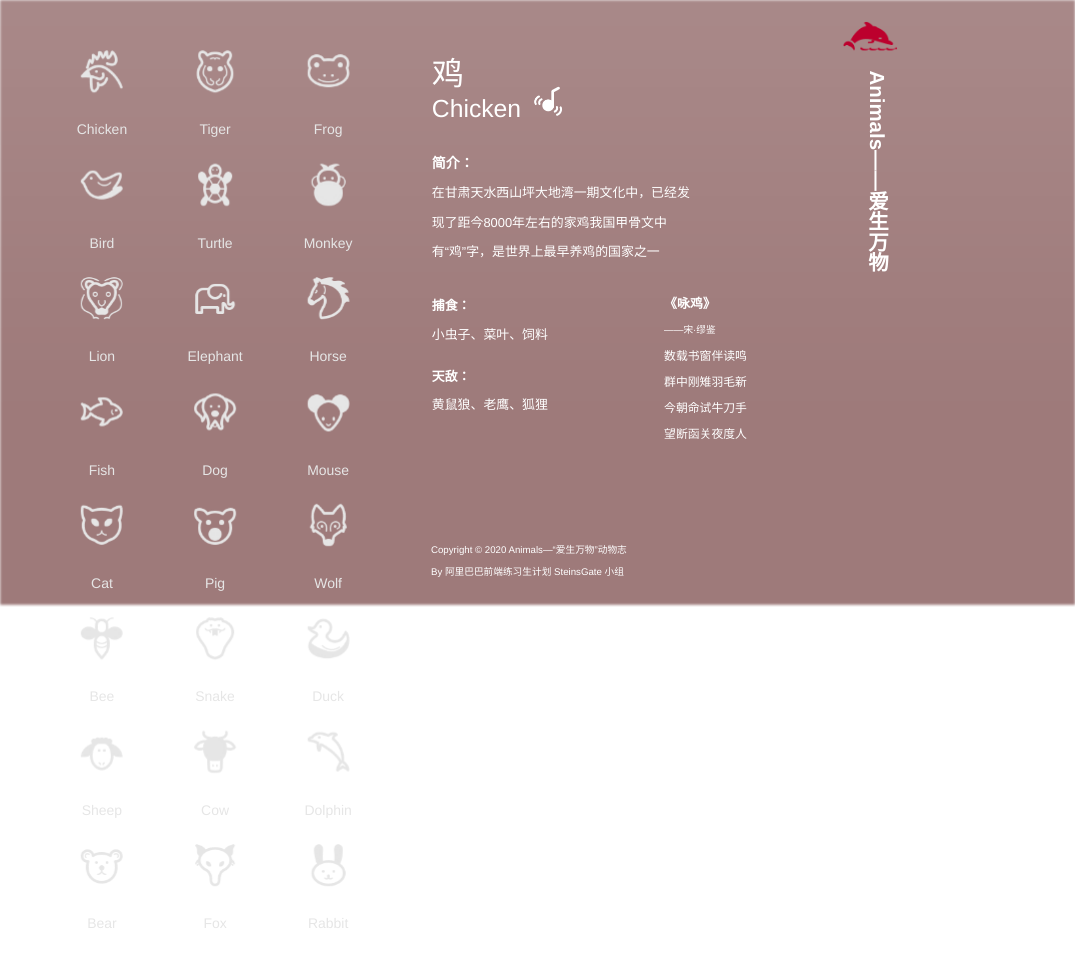
Repository: Whiskeyi/Animals
Page: /
The author's editor kept a copy of each file at every save. The page is drawn from the files as they stood at one save, then again after the next save.
The browser window is 1280 px wide. The pictures show the whole page, at 84% of full size.
The project was rebuilt for these pictures with package versions that can differ from the ones it lists, and the page was loaded fresh each time.

Above is the page before, as saved 2021-11-18 22:48:32.

### public/index.html
<!DOCTYPE html>
<html lang="en">
  <head>
    <meta charset="utf-8">
    <meta http-equiv="X-UA-Compatible" content="IE=edge">
    <meta name="viewport" content="width=device-width,initial-scale=1.0">
    <link rel="icon" href="<%= BASE_URL %>favicon.ico">
    <title>Animals——爱生万物</title>
  </head>
  <body>
    <noscript>
      <strong>We're sorry but animals doesn't work properly without JavaScript enabled. Please enable it to continue.</strong>
    </noscript>
    <div id="app"></div>
    <!-- built files will be auto injected -->
  </body>
</html>

### src/main.js
import Vue from 'vue'
import App from './App.vue'
import router from './router'
import store from './store'
import './plugins/element.js' // 引入element-ui

Vue.config.productionTip = false

new Vue({
  router,
  store,
  render: h => h(App)
}).$mount('#app')

### src/App.vue
<template>
  <div id="app">
    <!-- 入口 -->
    <router-view/>
  </div>
</template>

<style lang="scss">
#app {
  font-family: 'Avenir', Helvetica, Arial, sans-serif;
  -webkit-font-smoothing: antialiased;
  -moz-osx-font-smoothing: grayscale;
}

html, body {  // 去除白边
    width: 100%;
    height: 100%;
    margin: 0;
    padding: 0;
    position: relative;
}

</style>

### src/router.js
// 路由
import Vue from 'vue'
import Router from 'vue-router'
import Home from './views/Home.vue'

Vue.use(Router)

export default new Router({
  mode: 'history',
  base: process.env.BASE_URL,
  routes: [
    {
      path: '/',
      name: 'home',
      component: Home
    }
    // {
    //   path: '/loading',
    //   name: 'load',
    //   component: () => import('@/views/Loading.vue')
    // }
  ]
})

### src/store.js
import Vue from 'vue'
import Vuex from 'vuex'

Vue.use(Vuex)

export default new Vuex.Store({
  state: {
    num: "",  // data.json数组号
    seconds: "8000" // 页面切换时间
  },
  mutations: {
    saveNum(state, num) {
      state.num = num
    }
  },
  actions: {

  }
})

### src/plugins/element.js
// 引入element-ui
import Vue from 'vue'

import ElementUI from 'element-ui';
import 'element-ui/lib/theme-chalk/index.css';

Vue.use(ElementUI);

### src/views/Home.vue
<template>
  <div class="home">
    <!-- 背景+光泽效果 -->
    <Gloss></Gloss>
    <!-- 页面容器 -->
    <div class="container">
      <!-- 左侧展示模块 -->
      <div id="leftContainer">
        <LeftMain></LeftMain>
      </div>
      <!-- 右侧展示模块 -->
      <div id="rightContainer">
        <!-- 输出信息 -->
          <Info></Info>
          <!-- 右侧标题 -->
          <RightHead></RightHead>
          <!-- 尾部 -->
          <Footer></Footer>
      </div>
    </div>
  </div>
</template>

<script>
// @ is an alias to /src
// 组件引入
import Gloss from '@/components/Gloss'
import Footer from '@/components/Footer'
import Info from '@/components/Info'
import RightHead from '@/components/right-head'
import LeftMain from '@/components/left-main'

export default {
  name: 'home',
  components: {
    Gloss,Footer,Info,RightHead,LeftMain
  }
}
</script>

<style lang="scss" scoped>
#leftContainer {
  position: absolute;
  left: 15%;
  width: 25%;
  height: 100%;
  margin: 0 auto;
}
#rightContainer {
  position: fixed;
  right: 10%;
  width: 50%;
  height: 100%;
  margin: 0 auto;
}
@media screen and (max-width: 960px) { // 屏幕小于960px样式
  #leftContainer {
    position: absolute;
    left: 3%;
    width: 30%;
    height: 100%;
    margin: 0 auto;
  }
  #rightContainer {
    position: fixed;
    right: 0%;
    width: 67%;
    height: 100%;
    margin: 0 auto;
  }
}
@media screen and (min-width: 960px) and (max-width:1440px) { // 屏幕大于等于960px小于1440px样式
  #leftContainer {
    position: absolute;
    left: 5%;
    width: 30%;
    height: 100%;
    margin: 0 auto;
  }
  #rightContainer {
    position: fixed;
    right: 2%;
    width: 63%;
    height: 100%;
    margin: 0 auto;
  }
}
@media screen and (min-width: 1440px) and (max-width: 1920px) { // 屏幕大于等于1440px小于1920px样式
 #leftContainer {
    position: absolute;
    left: 8%;
    width: 33%;
    height: 100%;
    margin: 0 auto;
  }
  #rightContainer {
    position: fixed;
    right: 5%;
    width: 54%;
    height: 100%;
    margin: 0 auto;
  }
}
</style>

### src/components/Gloss/index.vue
<template>
<!-- 实现光泽效果,丰富背景颜色 -->
<div id="bg" :style="{ backgroundColor : color }">
    <div id="gloss"></div>
</div>
</template>

<script>
const animalsData = require('@/data/Animals.json')
import store from '../../store'

export default {
    data() {
        return {
            color: 'rgb(158, 122, 122)'
        }
    },
    mounted() {
        this.changeColor()
    },
    methods: {
        changeColor() {
            window.timer = setInterval(function() {
                // let arrColor = ["#FC9F4D", "#E98B2A", "#90B44B", "#4D5139", "#1C1C1C", "#4F4F48",
                //                 "#FF5E99", "#828282", "#52433D", "#947A6D", "#080808", "#0C0C0C",
                //                 "#434343", "#B19693", "#434343", "#EFBB24", "#90B44B", "#373C38",
                //                 "#BDC0BA", "#BDC0BA", "#BDC0BA", "#434343","#BDC0BA", "#BDC0BA"]
                let num = Math.floor(Math.random() * animalsData.AnimalsDetail.length)
                store.commit('saveNum',num)
                document.getElementById('bg').style.backgroundColor = animalsData.AnimalsDetail[num].color
                // this.color = color
            }, store.state.seconds);
        }
    }
}
</script>

<style lang="scss">
#bg {
  height: 100%;
  width: 100%;
  position: fixed;
  transition: background-color 2s ease-in; // 背景颜色切换2S过渡
  filter: blur(1px); // 背景高斯模糊
  // z-index: -9; //暂时注释,影响调试
}
/*定义滚动条高宽及背景 高宽分别对应横竖滚动条的尺寸*/
  ::-webkit-scrollbar{
    width: 6px;
    height: 6px;
    background-color: rgba(250, 250, 250, 0.1);
  }

  /*定义滚动条轨道 内阴影+圆角*/
  ::-webkit-scrollbar-track {
    box-shadow: inset 0 0 6px rgba(0, 0, 0, 0.3);
    -webkit-box-shadow: inset 0 0 6px rgba(0, 0, 0, 0.3);
    border-radius: 10px;
    background-color: rgba(250, 250, 250, 0.1);
  }

  /*定义滑块 内阴影+圆角*/
  ::-webkit-scrollbar-thumb{
    border-radius: 10px;
    box-shadow: inset 0 0 6px rgba(0, 0, 0, .1);
    -webkit-box-shadow: inset 0 0 6px rgba(0, 0, 0, .1);
    background-color: #c8c8c8;
  }
  ::-moz-selection {
    background: #000;
    color: #fafafa;
  }
  ::selection {
    background: #000;
    color: #fafafa;
  }
</style>
<style lang="scss" scoped>
#gloss {
    position: fixed;
    width: 100%;
    height: 478px;
    background: url('../../assets/gloss.png') repeat-x;
    // z-index: -8;  //暂时注释,影响调试
}
</style>

### src/components/Footer/index.vue
<template>
  <div class="footerContainer">
      <p>Copyright © 2020 Animals—“爱生万物”动物志</p>
      <p>By 阿里巴巴前端练习生计划 SteinsGate 小组</p>
  </div>
</template>

<script>
export default {

}
</script>

<style lang="scss" scoped>
.footerContainer {
    position: fixed;
    bottom: 0;
    font-size: 0.9vw;
    color:#fff;
    margin:0 0 20px 65px;
}
</style>

### src/components/Info/index.vue
<template>
  <div class="infoContainer">
    <transition name="fade">
      <div class="infPadding">
          <!-- 标题、声音icon -->
        <Introduce></Introduce>
        <!-- 简介 -->
        <IntroduceMid></IntroduceMid>
        <!-- 捕食、诗 -->
        <HabbitPoem></HabbitPoem>
      </div>
    </transition>
  </div>
</template>

<script>
import Introduce from './Introduce'
import HabbitPoem from './habbit-poem'
import IntroduceMid from './introduce-mid'
export default {
  name: 'Info',
  components: {
    Introduce, HabbitPoem, IntroduceMid
  }
}
</script>

<style lang="scss" scoped>
@import '../../styles/transition.scss';
.infoContainer {
    float: left;
    z-index: 10000;
    width: 82%;
    height: 80%;
    margin: 26px 0 0 16px;
    padding: 15px 0px;
    color:#fff;
}
.infPadding {
  padding: 0 0 0 50px;
}
.infoContainer logo {
    position: absolute;
}
// @media screen and (max-width: 960px) { // 屏幕小于960px样式
//   .infoContainer {
//     float: left;
//     z-index: 10000;
//     width: 76%;
//     height: 80%;
//     margin: 26px 0 0 16px;
//   }
// }
// @media screen and (min-width: 960px) and (max-width:1440px) { // 屏幕大于等于960px小于1440px样式
//   .infoContainer {
//     float: left;
//     z-index: 10000;
//     width: 75%;
//     height: 80%;
//     margin: 26px 0 0 16px;
//   }
// }
@media screen and (max-width: 1280px) { // 屏幕<1280px样式
  .infoContainer {
    float: left;
    z-index: 10000;
    width: 65%;
    height: 80%;
    margin: 26px 0 0 16px;
  }
}
</style>

### src/components/right-head/index.vue
<template>
  <div class="rightHeadContainer">
      <el-col :span="5">
          <el-row>
      <el-image class="logo" alt="logo" :src="require('@/icons/index.png')"></el-image>
          </el-row>
          <el-row>
      <h1 class="vertical">Animals——爱生万物</h1>
          </el-row>
          <el-row>
      <!-- <div class="trans">
        <el-switch v-model="switcher" active-color="#fafafa" @change="tranOn()"></el-switch>
      </div> -->
          </el-row>
      </el-col>
  </div>
</template>

<script>
// const animalsData = require('@/data/Animals.json')
// import store from '../../store'
export default {
    data() {
        return {
            // switcher: true
        }
    },
    methods: {
        // tranOn() {
        //     window.console.log(this.switcher)
        //     if(this.switcher == true) {
        //         window.console.log(this.switcher == true)
        //         setInterval(window.timer);
        //     }else {
        //         clearInterval(window.timer);
        //     }
        // }
    }
}
</script>

<style lang="scss" scoped>
.rightHeadContainer {
    float: left;
    height: 400px;
    width: 100px;
    margin: 26px 0 0 16px;
}
.vertical {
    writing-mode: vertical-lr;
    line-height: 46px;
    color: #fff;
    font-size: 1.9vw;
}
.logo {
    width: 5vw;
    // width: 90px;
    padding-bottom: 20px;
}
// .trans {
//     margin-top: 200%;
//     // transform: translateX(-50%) rotate(-90deg);
//     margin-left: 30px;
// }
// @media screen and (max-width: 1440px) { // 屏幕小于1440px样式
//     .rightHeadContainer {
//         float: left;
//         height: 400px;
//         width:85px;
//         margin: 26px 0 0 0;
//     }
//     .vertical {
//         writing-mode: vertical-lr;
//         padding-right: 0;
//         color: #fff;
//     }
// }
</style>

### src/components/left-main/index.vue
<template>
  <div class="leftContainer">
    <el-row :gutter="20" type="flex" justify="center" v-for="(i, inx) in dataLength/3" :key="inx">
      <el-col :span="8" v-for="(item, index) in getNum(inx * 3)" :key="index">
        <div class="pro-card-wrapper">
          <div class="pro-card" @click="getInfo((i - 1) * 3 + index)">
            <div class="pic">
              <el-image class="logo" alt="logo" :src="require('../../icons/animals/'+imgs[(i - 1) * 3 + index].img+'.png')"></el-image>
            </div>
          </div>
          <div class="romaji">{{ item.enName }}</div>
        </div>
      </el-col>
    </el-row>
  </div>
</template>

<script>
const animalsData = require('@/data/Animals.json')
// import '../../data/imgs';
import store from '../../store'
export default {
  data() {
    return {
      data: {},
      dataLength: '',
      imgs: []
    }
  },
  components: {
  },
  created() {
    var imgs = [
          {img: 'chicken'},
          {img: 'tiger'},
          {img: 'frog'},
          {img: 'bird'},
          {img: 'turtle'},
          {img: 'monkey'},
          {img: 'lion'},
          {img: 'elephant'},
          {img: 'horse'},
          {img: 'fish'},
          {img: 'dog'},
          {img: 'mouse'},
          {img: 'cat'},
          {img: 'pig'},
          {img: 'wolf'},
          {img: 'bee'},
          {img: 'snake'},
          {img: 'duck'},
          {img: 'sheep'},
          {img: 'cow'},
          {img: 'dolphin'},
          {img: 'bear'},
          {img: 'fox'},
          {img: 'rabbit'},
        ]
    this.imgs = imgs
    this.data = animalsData
    this.dataLength = this.data.AnimalsDetail.length
  },
  mounted() {
    // window.console.log(this.imgs)
  },
  methods: {
      getNum(inx) {
        // window.console.log(this.data.AnimalsDetail.slice(inx, inx + 3))
        return this.data.AnimalsDetail.slice(inx, inx + 3)
      },
      getInfo(index) {
        store.commit('saveNum', index)
        clearInterval(window.timer)
        document.getElementById('bg').style.backgroundColor = animalsData.AnimalsDetail[index].color
        window.timer = setInterval(function() {
            let num = Math.floor(Math.random() * animalsData.AnimalsDetail.length)
            store.commit('saveNum',num)
            document.getElementById('bg').style.backgroundColor = animalsData.AnimalsDetail[num].color
        }, store.state.seconds);
      }
  }
}
</script>

<style lang="scss" scoped>
@import "../../styles/flip.scss";
.leftContainer {
  padding: 30px 0;
  width: 100%;
  text-align: center;
  color: #e6e6e6;
  font-size: 1.3vw;
}
.leftContainer .logo {
  width: 80px;
  height: 80px;
  padding: 40px 0;
}
 @media screen and (max-width: 1440px) { // 屏幕小于1440px样式
  .leftContainer .logo {
    height: 50px;
    width: 50px;
    padding: 30px 0;
  }
 }
</style>

### src/styles/transition.scss
fade-enter {
    opacity: 0;
}
fade-enter-to {
    opacity: 1;
}
.fade-enter-active, .fade-leave-active {
  transition: all 2.5s ease;
}

### src/components/Info/Introduce/index.vue
<template>
  <div class="introduce">
      <el-row class="intContainer">
          <el-col :span="6">
            <div id="title">{{ name }}</div>
            <div id="subTitle">{{ enName }}</div>
          </el-col>
          <el-col :span="10">
              <el-image class="logo" alt="logo" :src="require('@/icons/voice.png')"></el-image>
          </el-col>
      </el-row>
  </div>
</template>

<script>
const animalsData = require('@/data/Animals.json')
import store from '../../../store'
export default {
    data() {
        return {
            name: '鸡',
            enName: 'Chicken'
        }
    },
    // mounted() {
    //     this.changeInfo()
    //     // window.console.log(store.state.num)
    // },
    // methods: {
    //       changeInfo() {
    //         setInterval(function() {
    //             this.name = animalsData.AnimalsDetail[store.state.num].name
    //             document.getElementById('title').innerHTML = this.name
    //             // window.console.log(this.name)
    //             this.enName = animalsData.AnimalsDetail[store.state.num].enName
    //             document.getElementById('subTitle').innerHTML = this.enName
    //             // window.console.log(this.enName)
    //         }, store.state.seconds);
    //     }
    // },
    computed: {
        nameChange() {
            return store.state.num
        }
    },
    watch: {
        nameChange: function() {
             this.name = animalsData.AnimalsDetail[store.state.num].name
             document.getElementById('title').innerHTML = this.name
             this.enName = animalsData.AnimalsDetail[store.state.num].enName
             document.getElementById('subTitle').innerHTML = this.enName
        }
    }
}
</script>

<style lang="scss" scoped>
.introduce {
    // background-color: wheat;;
    height: 30%;
    width: 100%;
}
.intContainer {
    padding: 15px 0;
}
#title {
    // font-size: 60px;
    font-size: 3vw;
    display: block;
}
#subTitle {
    // font-size: 44px;
    font-size: 2.3vw;
    display: block;
}
.logo {
    padding-top: 3.5vw;
    height: 3.1vw;
    width: 3.1vw;
}

</style>

### src/components/Info/habbit-poem/index.vue
<template>
  <div class="habPoem">
       <el-row class="habContainer">
           <el-col class="habContent" :span="14">
              <div class="habTil">捕食：</div>
              <span id="food" class="foodTitle">{{ food }}</span><br>
              <div class="habTil">天敌：</div>
              <span id="enemy" class="enemyTitle">{{ enemy }}</span>
            </el-col>
           <el-col class="poem" :span="10">
                <div id="poemTitle">{{ title }}</div>
                <div id="author">{{ author }}</div>
                <div id="content1" class="content">{{ content1 }}</div>
                <div id="content2" class="content">{{ content2 }}</div>
                <div id="content3" class="content">{{ content3 }}</div>
                <div id="content4" class="content">{{ content4 }}</div>
            </el-col>
      </el-row>
  </div>
</template>

<script>
const animalsData = require('@/data/Animals.json')
import store from '../../../store'
export default {
     data() {
        return {
            title: '《咏鸡》',
            author: '——宋·缪鉴',
            content1: '数载书窗伴读鸣',
            content2: '群中刚雉羽毛新',
            content3: '今朝命试牛刀手',
            content4: '望断函关夜度人',
            food: '小虫子、菜叶、饲料',
            enemy: '黄鼠狼、老鹰、狐狸'
        }
    },
    // mounted() {
    //     this.changeInfo()
    //     // window.console.log(store.state.num)
    // },
    // methods: {
    //       changeInfo() {
    //         setInterval(function() {
    //             this.title = animalsData.AnimalsDetail[store.state.num].poetryName
    //             document.getElementById('poemTitle').innerHTML = this.title

    //             this.author = animalsData.AnimalsDetail[store.state.num].poetryAuthor
    //             document.getElementById('author').innerHTML = '——' + this.author

    //             this.content1 = animalsData.AnimalsDetail[store.state.num].poetryContent1
    //             document.getElementById('content1').innerHTML = this.content1

    //             this.content2 = animalsData.AnimalsDetail[store.state.num].poetryContent2
    //             document.getElementById('content2').innerHTML = this.content2

    //             this.content3 = animalsData.AnimalsDetail[store.state.num].poetryContent3
    //             document.getElementById('content3').innerHTML = this.content3

    //             this.content4 = animalsData.AnimalsDetail[store.state.num].poetryContent4
    //             document.getElementById('content3').innerHTML = this.content4

    //             this.food = animalsData.AnimalsDetail[store.state.num].food
    //             document.getElementById('food').innerHTML = this.food

    //             this.enemy = animalsData.AnimalsDetail[store.state.num].enemy
    //             document.getElementById('enemy').innerHTML = this.enemy
    //         }, store.state.seconds);
    //     }
    // },
    computed: {
        habChange() {
            return store.state.num
        }
    },
    watch: {
        habChange: function() {
            this.title = animalsData.AnimalsDetail[store.state.num].poetryName
            document.getElementById('poemTitle').innerHTML = this.title

            this.author = animalsData.AnimalsDetail[store.state.num].poetryAuthor
            document.getElementById('author').innerHTML = '——' + this.author

            this.content1 = animalsData.AnimalsDetail[store.state.num].poetryContent1
            document.getElementById('content1').innerHTML = this.content1

            this.content2 = animalsData.AnimalsDetail[store.state.num].poetryContent2
            document.getElementById('content2').innerHTML = this.content2

            this.content3 = animalsData.AnimalsDetail[store.state.num].poetryContent3
            document.getElementById('content3').innerHTML = this.content3

            this.content4 = animalsData.AnimalsDetail[store.state.num].poetryContent4
            document.getElementById('content4').innerHTML = this.content4

            this.food = animalsData.AnimalsDetail[store.state.num].food
            document.getElementById('food').innerHTML = this.food

            this.enemy = animalsData.AnimalsDetail[store.state.num].enemy
            document.getElementById('enemy').innerHTML = this.enemy
        }
    }
}
</script>

<style lang="scss" scoped>
.habPoem {
    // background-color: rgb(252, 94, 94);
    height: 30%;
}
.habContent .habTil {
    font-size: 1.2vw;
    font-weight: bold;
    line-height: 4.8vh;
}
.poem {
    // writing-mode: vertical-lr;
    font-size: 1.1vw;
    line-height: 2.4vw;
    #poemTitle {
        font-size: 1.2vw;
        font-weight: bold;
    }
    #author {
        font-size: 0.9vw;
    }
    // .content {
    //     // letter-spacing: 15px;
    // }
}
.habContainer {
    padding: 15px 0;
}
.habContent span {
    font-size: 1.2vw;
    line-height: 4.4vh;
    display: block;
}
</style>

### src/components/Info/introduce-mid/index.vue
<template>
    <div class="fooMid">
        <el-row class="botContainer">
            <el-col :sm="16" :md="16" :lg="16">
                <!-- <el-collapse>
                    <el-collapse-item title="简介：" class="collapse"> -->
                        <div class="IntTitle">简介：</div>
                        <div id="IntContent">{{ IntContent }}</div>
                    <!-- </el-collapse-item>
                </el-collapse> -->
            </el-col>
        </el-row>
    </div>
</template>

<script>
const animalsData = require('@/data/Animals.json')
import store from '../../../store'
export default {
    data() {
        return {
            IntContent: '在甘肃天水西山坪大地湾一期文化中，已经发现了距今8000年左右的家鸡我国甲骨文中有“鸡”字，是世界上最早养鸡的国家之一'
        }
    },
    // mounted() {
    //     this.changeInfo()
    //     // window.console.log(store.state.num)
    // },
    // methods: {
    //     //   changeInfo() {
    //     //     setInterval(function() {
    //     //         this.IntContent = animalsData.AnimalsDetail[store.state.num].content
    //     //         document.getElementById('IntContent').innerHTML = this.IntContent
    //     //         // window.console.log(this.content)
    //     //     }, store.state.seconds);
    //     // }
    // },
    computed: {
        content() {
            return store.state.num
        }
    },
    watch: {
        content: function() {
            this.IntContent = animalsData.AnimalsDetail[store.state.num].content
            document.getElementById('IntContent').innerHTML = this.IntContent
        }
    }
}
</script>

<style lang="scss" scoped>
// /deep/ .el-collapse-item__header {
//     font-weight: bold;
//     color: #fff;
//     font-size: 24px;
//     background-color: transparent;
// }
// /deep/ .el-collapse-item__content {
//     background-color: transparent !important; // 待解决
//     color:#fff;
// }
.fooMid {
    // background-color: rgb(253, 128, 128);
    height: 50%;
    width: 100%;
}
.botContainer {
    padding: 15px 0;
}
.IntTitle {
    font-size: 1.3vw;
    font-weight: bold;
    line-height: 5.2vh;
}
#IntContent {
    font-size: 1.2vw;
    // font-size: 22px;
    line-height: 4.8vh;
    display: block;
}
// @media screen and (max-width: 1440px) { // 屏幕小于1440px样式
//     #IntContent {
//         font-size: 22px;
//         line-height: 32px;
//         display: block;
//     }
// }
</style>

### src/styles/flip.scss
// .pro-card-wrapper {
//     /* 开启3D空间 */
//     perspective: 100px;
//   }

  .pro-card {
    /* 翻转特效时间 */
    transition: transform 0.8s;
    /* 保留3D空间 */
    transform-style: preserve-3d;
    cursor: pointer;
  }

  .word,
  .pic {
    /* 隐藏3D的背面 */
    backface-visibility: hidden;
    /* border: 1px solid #f3f3f2; */
    color: white;
  }

  /* 翻转卡片 */
  .pic {
    transform: rotateY(0deg);
  }

  .pro-card-wrapper:hover .pro-card {
    transform: rotateY(180deg);
  }

Loaded but not shown: src/data/Animals.json (399 lines, source omitted)

After the next save:
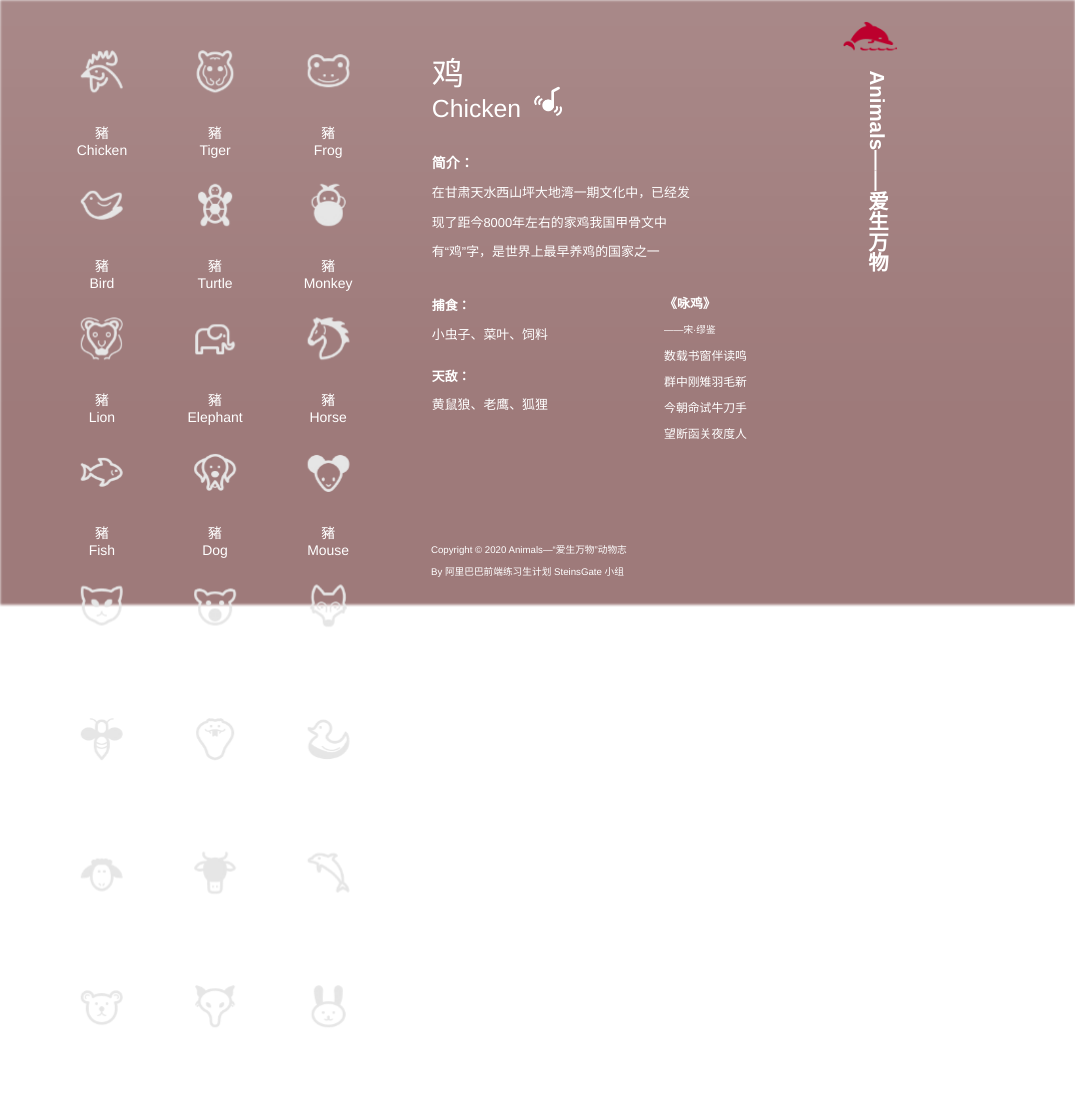
Saved 84 s later.
--- a/src/components/left-main/index.vue
+++ b/src/components/left-main/index.vue
@@ -8,7 +8,10 @@
               <el-image class="logo" alt="logo" :src="require('../../icons/animals/'+imgs[(i - 1) * 3 + index].img+'.png')"></el-image>
             </div>
           </div>
-          <div class="romaji">{{ item.enName }}</div>
+          <div class="word" >
+                <div  >豬</div>
+                <div class="romaji">{{ item.enName }}</div>
+          </div>
         </div>
       </el-col>
     </el-row>
